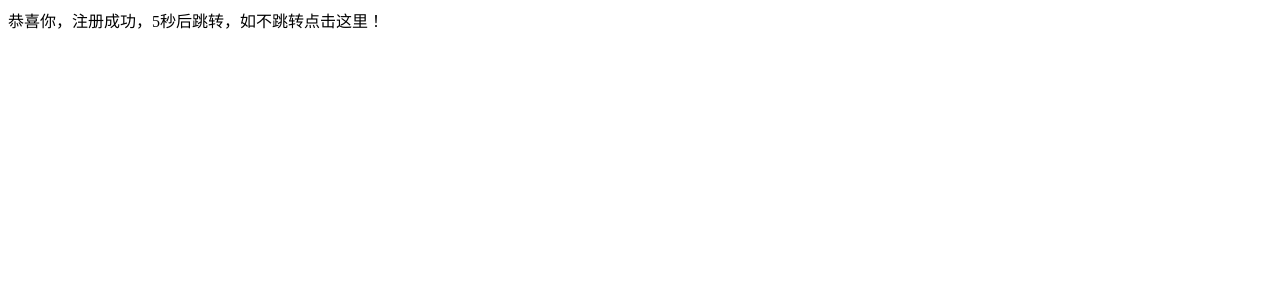
Repository: goodloving/javaproject
Page: HttpResponseStudy/WebContent/success.html
These files come from the project's save history. The page is drawn as it stood at one moment and after the next save; the edit follows.
The browser window is 1280 px wide. The pictures show the whole page.

Above is the page before, as saved 2018-11-12 11:37:42.

After the next save:
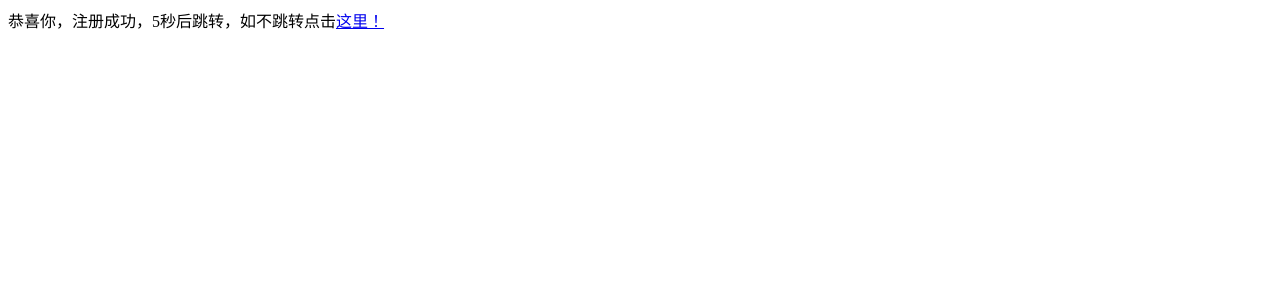
Saved 8 s later.
--- a/HttpResponseStudy/WebContent/success.html
+++ b/HttpResponseStudy/WebContent/success.html
@@ -5,6 +5,6 @@
 <title>Insert title here</title>
 </head>
 <body>
-	恭喜你，注册成功，5秒后跳转，如不跳转点击<a hrf="http://www.baidu.com">这里！</a>
+	恭喜你，注册成功，5秒后跳转，如不跳转点击<a href="http://www.baidu.com">这里！</a>
 </body>
 </html>
